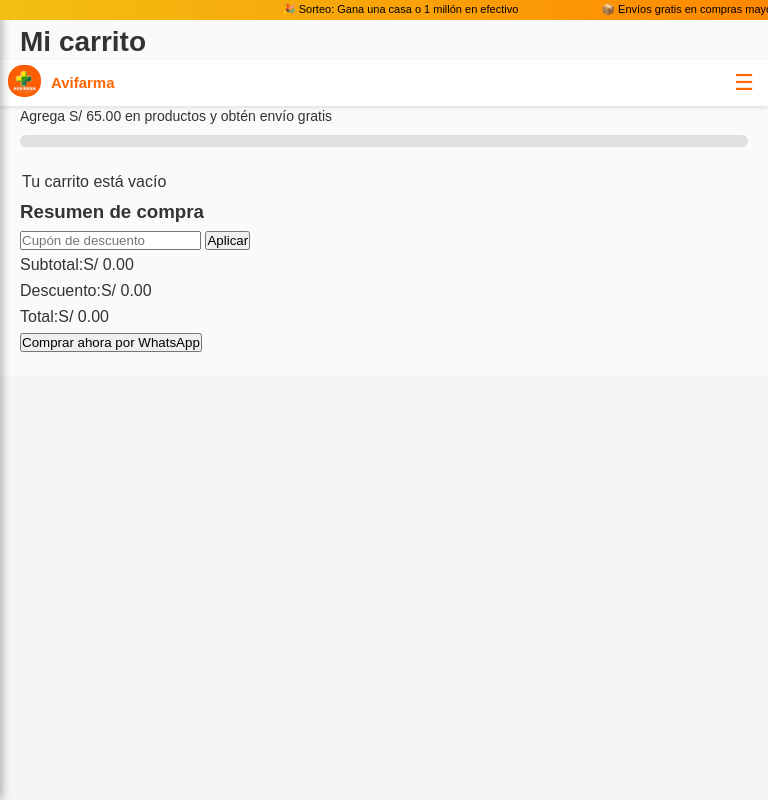
Repository: AVH75/avifarma-tienda
Page: carrito.html
An editor plug-in stored every save of this project. The page is shown before and after the next save, followed by the edit.
The browser window is 768 px wide. The pictures show the whole page.

Above is the page before, as saved 2025-09-11 19:00:35.
Console error: TypeError: Cannot read properties of null (reading 'classList')

After the next save:
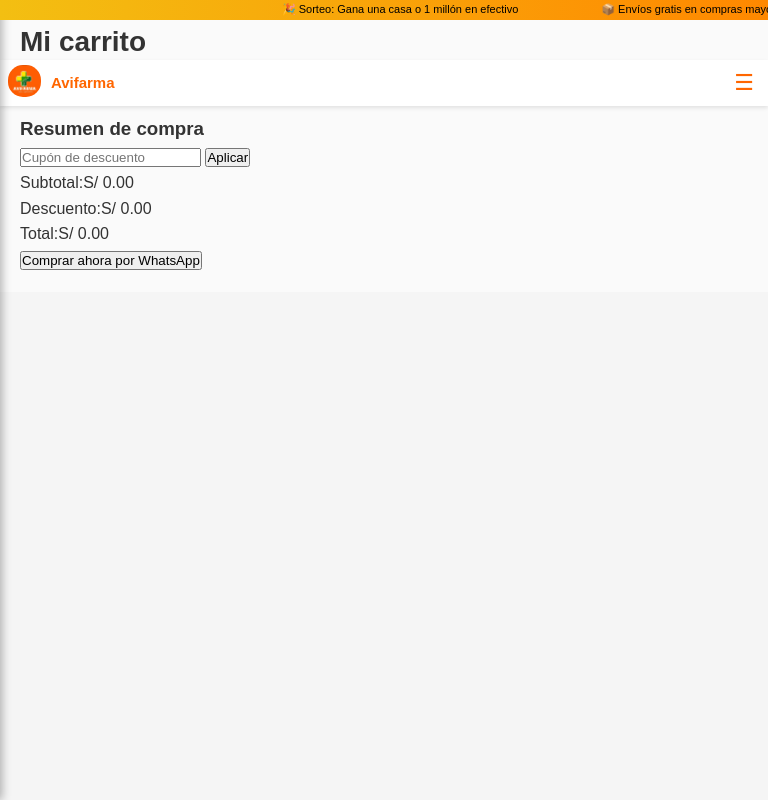
Saved 2 min 3 s later.
--- a/css/carrito.css
+++ b/css/carrito.css
@@ -1,78 +1,45 @@
 /* ========================================
-   Barra de progreso
+   Eliminación de la barra de progreso
 ======================================== */
 .progress-bar {
-    margin: 20px 0;
-    font-size: 14px;
-    color: #333;
-    width: 100%;
-    max-width: 90%;  /* Barra de progreso ahora con un máximo más ajustado */
-    margin-left: auto;
-    margin-right: auto;
-}
-
-.progress-bar span {
-    display: block;
-    margin-bottom: 8px;
-    font-size: 14px;
-}
-
-/* Fondo de la barra de progreso */
-.progress {
-    width: 100%;
-    height: 12px;
-    background-color: #e0e0e0;
-    border-radius: 6px;
-    overflow: hidden;
-}
-
-/* Llenado de la barra de progreso */
-.progress-fill {
-    height: 100%;
-    width: 15%;
-    background: linear-gradient(90deg, #ff7f32, #ff5722);
-    border-radius: 6px;
-    transition: width 0.4s ease;
+    display: none; /* Elimina la barra de progreso */
 }
 
 /* ========================================
-   Ajustes para el carrito y productos
+   Ajustes para el contenedor de la tabla de productos y el cuadro de resumen
 ======================================== */
+
+/* Contenedor del carrito */
 .carrito-layout {
     display: flex;
-    justify-content: space-between;
-    gap: 30px;
-    padding-top: 20px;  /* Ajusta el espacio superior */
-    padding-bottom: 10px;
+    justify-content: flex-start; /* Alineación a la izquierda para centrado */
+    gap: 20px;
 }
 
-/* Contenedor de productos con scroll */
+/* Contenedor para los productos con scroll central */
 .carrito-items {
     flex: 1;
-    max-height: 300px;
-    overflow-y: auto;
+    max-height: 350px;  /* Establece la altura máxima de la sección del carrito */
+    overflow-y: auto;   /* Activa el scroll vertical cuando el contenido sobrepase la altura */
     margin-right: 15px; /* Espacio entre la tabla y el resumen */
 }
 
-/* ========================================
-   Estilo para el cuadro de resumen
-======================================== */
+/* Ajuste para el cuadro de resumen */
 .resumen-compra {
     background-color: #fff;
     padding: 20px;
     border-radius: 10px;
     width: 320px;
     box-shadow: 0 0 10px rgba(0, 0, 0, 0.1);
-    position: fixed;
-    top: 10%;  /* Ajusta el bloque a la parte superior */
-    right: 10px; /* Lo coloca en el lado derecho */
+    position: relative;
+    top: 0; /* Ajuste para la parte superior */
     z-index: 1;
-    padding-top: 30px;  /* Da un poco de espacio superior al cuadro de resumen */
 }
 
 /* ========================================
-   Estilos para el carrito de productos
+   Estilo para el cuadro de resumen y carrito de productos
 ======================================== */
+
 .carrito-container {
     display: flex;
     flex-direction: column;
@@ -152,25 +119,17 @@
 
 /* Para dispositivos móviles y pantallas más pequeñas */
 @media (max-width: 768px) {
-
-    /* Barra de progreso */
-    .progress-bar {
-        margin-bottom: 20px;
-        max-width: 100%;  /* Asegura que la barra ocupe todo el ancho en móviles */
-    }
-
-    .progress-fill {
-        height: 10px;
-    }
-
-    .carrito-items {
-        max-height: 250px; /* Ajusta el scroll en pantallas pequeñas */
-    }
-
+    /* Ajustes en el cuadro de resumen */
     .resumen-compra {
         width: 100%;
         padding: 15px;
-        margin-top: 15px; /* Ajusta el margen en pantallas pequeñas */
+        margin-top: 15px; /* Menos margen superior para pantallas pequeñas */
+        right: 10px;
+    }
+
+    /* Ajustes en la tabla */
+    .carrito-items {
+        max-height: 250px; /* Ajuste en pantallas pequeñas */
     }
 }
 
